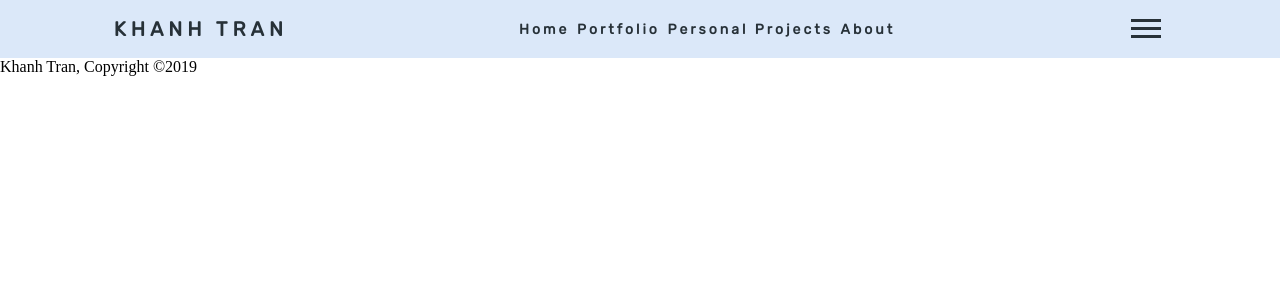
Repository: KTPo/KTPo.github.io
Page: index.html
The author's editor kept a record of every edit. The page is drawn from the files as they stood at one moment, then again after the next edit.
The browser window is 1280 px wide. The pictures show the whole page.

Above is the page before.

### index.html
<!DOCTYPE html>
<html>
    <head>
        <title>Welcome | Khanh's Webpage</title>
        <link rel='icon' href='./previewImages/puzzle.png' type='image/x-icon'/ >
        <link href="https://fonts.googleapis.com/css2?family=Rubik&display=swap" rel="stylesheet">
        <link rel="stylesheet" type="text/css" href="style.css">

        <meta name = "viewport" content = "width=device-width">
        <meta name="description" content="Personal Website">
        <meta name="keywords" content="khanhtran, khanhtranCV">
        <meta name="author" content="Khanh Tran">



    </head>
    <body>
        <header>
            <nav>
                <div class = "logo">
                    <h4>Khanh Tran</h4>
                </div>
                <ul class = "nav-links">
                    <li><a href = "#">Home</a></li>
                    <li><a href = "#">Portfolio</a></li>
                    <li><a href = "#">Personal Projects</a></li>
                    <li><a href = "#">About</a></li>
                </ul>
                <div class = "burger">
                    <div class = "line1">

                    </div>
                    <div class = "line2">

                    </div>
                    <div class = "line3">

                    </div>
                </div>

            </nav>

        </header>



        <footer>
            <p>Khanh Tran, Copyright &copy;2019</p>
        </footer>
    </body>
</html>



<!--- add sticky bar for music???? --->

### style.css
*{
    margin:0px;
    padding:0px;
    box-sizing:border-box;
}

nav{
    display:flex;
    justify-content:space-around;
    align-items:center;
    min-height:8vh;
    font-family: 'Rubik', sans-serif;
    background-color:#dbe8f9;
}

.logo{
    color:#273138;
    text-transform: uppercase;
    letter-spacing:5px;
    font-size:20px;
}

.nav-links{
    display:flex;
    justify-content:space-around;
    width:30%;
}

.nav-links li{
    list-style:none;
}

.nav-links a{
    color:#273138;
    text-decoration:none;
    letter-spacing:3px;
    font-weight:bold;
    font-size:14px;
}

.burger div{
    width:30px;
    height: 3px;
    background-color:#273138;
    margin:5px;
}

After the next edit:
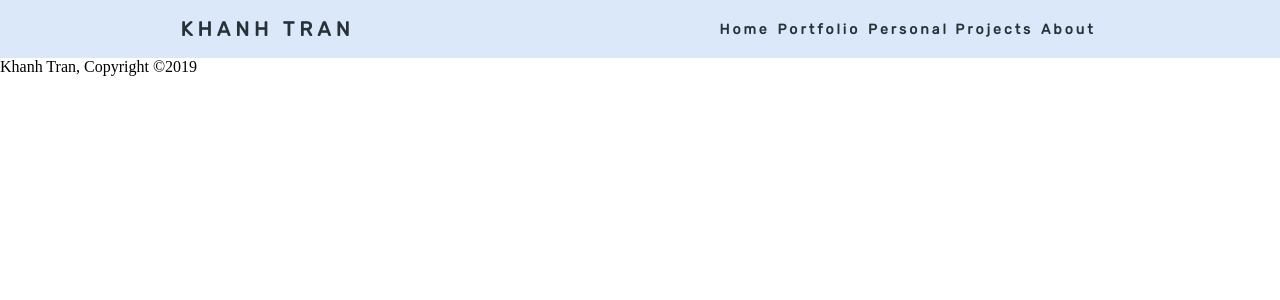
The edit:
--- a/style.css
+++ b/style.css
@@ -38,6 +38,9 @@
     font-size:14px;
 }
 
+.burger{
+    display:none;
+}
 .burger div{
     width:30px;
     height: 3px;
